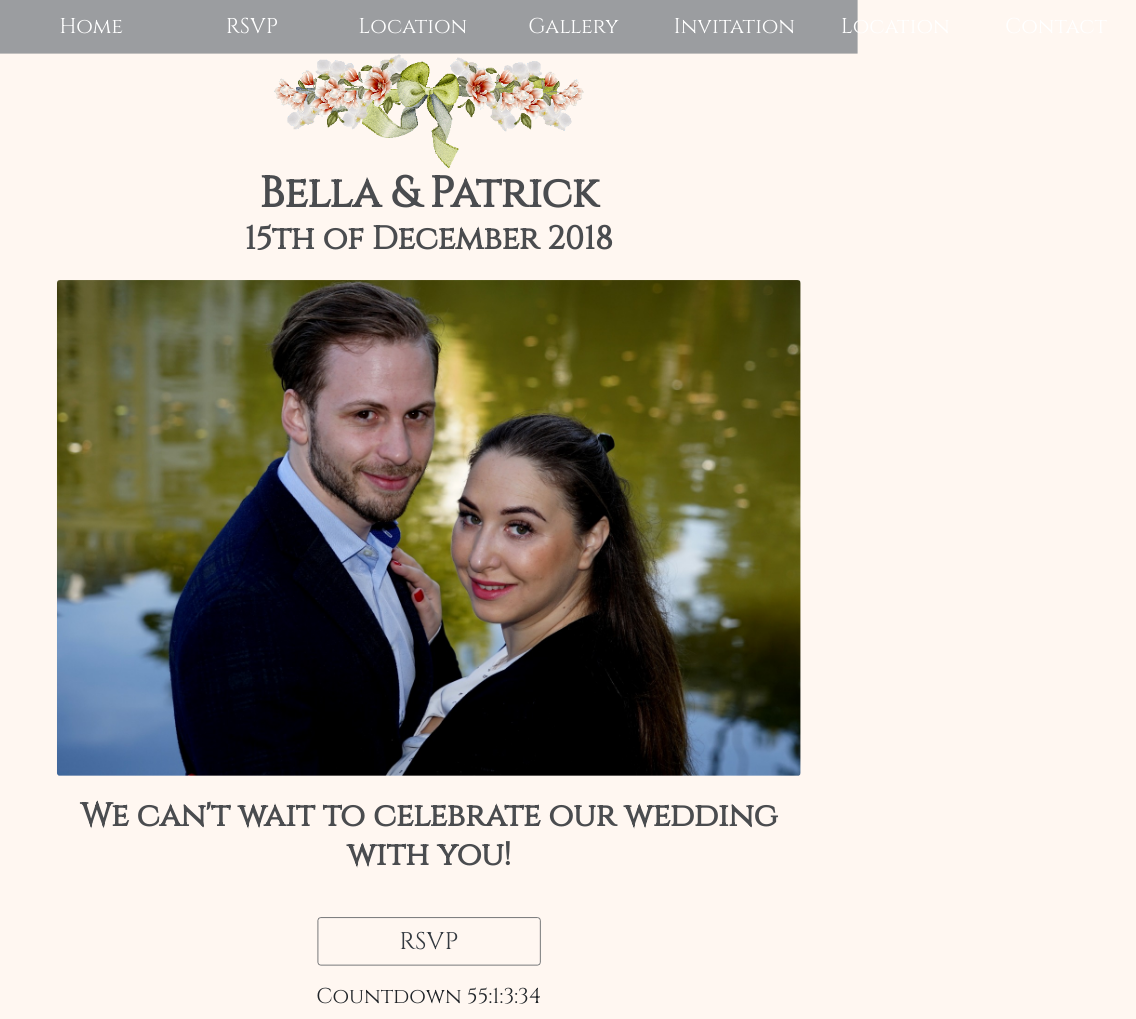
Repository: PMeiler/weddingApp
Page: http://localhost/
The author's editor kept a record of every edit. The page is drawn from the files as they stood at one moment, then again after the next edit.
The browser window is 1280 px wide. The page is 1696 px wide, so the pictures cover 1696 px, including what lies to the right of the window. The pictures show the whole page, at 67% of full size.
Some web fonts or font styles are not loaded; a fallback is used. The page is served by the project's Node server (index.js). Other server files are loaded and not shown.

Above is the page before.

### views/public/index.ejs
<% include partials/header %>


	<div class="container" style="margin:2rem auto;">
		<img style="border-radius: 5px;"src="pic4.jpeg" class="img-fluid" alt="Responsive image">
	</div>

	<div class="container">
		<h1 class="display-4" id="titleLine" style="font-size:3rem">We can't wait to celebrate our wedding with you!</h1>
	</div>

	<div class="jumbotron jumbotron-fluid">
		<div class="container">
			<form action="./form" method="GET" id="RSVPFRM" style="width:30%; margin:0 auto;">
				<div class="form-group">
					<button style="width:100%;margin:0 auto;" class="btn btn-outline-dark btn-lg" type="submit" id="RSVP">RSVP</button>
				</div>
			</form>
		</div>
	</div>

<% include partials/footer %>

### views/public/partials/header.ejs
<!DOCTYPE html>
<html>
<head>
	<title>From Grinberg to Meiler</title>
	<link rel="stylesheet" href="https://stackpath.bootstrapcdn.com/bootstrap/4.1.3/css/bootstrap.min.css" integrity="sha384-MCw98/SFnGE8fJT3GXwEOngsV7Zt27NXFoaoApmYm81iuXoPkFOJwJ8ERdknLPMO" crossorigin="anonymous">

	<!-- <link href="https://fonts.googleapis.com/css?family=Great+Vibes&amp;subset=latin-ext" rel="stylesheet">  -->
  	<link rel="stylesheet" href="CSS/style.css">
<link href="https://fonts.googleapis.com/css?family=Charmonman|Cinzel|Comfortaa|Dancing+Script|KoHo" rel="stylesheet">

</head>
<body>
<script src="Javascript/script.js"></script>



<nav class="navbar navbar-expand-lg navbar-dark bg-dark" id="navcolor">

  <button style="border-color:white;border-width:2px;height:4rem;font-size:2rem;" class="navbar-toggler" type="button" data-toggle="collapse" data-target="#navbarSupportedContent" aria-controls="navbarSupportedContent" aria-expanded="false" aria-label="Toggle navigation">
    <span style="color:white;" class="navbar-toggler-icon"></span>
  </button>
  	  <div class="collapse navbar-collapse" id="navbarSupportedContent">
	    <ul class="navbar-nav" style="margin:0 auto">
	      <li class="nav-item active">
	        <a class="nav-link" href="/">Home</a>
	      </li>
	      <li class="nav-item">
	        <a class="nav-link" href="./form">RSVP</a>
	      </li>
	       <li class="nav-item">
	        <a class="nav-link" href="./location">Location</a>
	      </li>
	      <li class="nav-item">
	        <a class="nav-link" href="./galery">Gallery</a>
	      </li>
	      <li class="nav-item">
	        <a class="nav-link" href="./invitation">Invitation</a>
	      </li>
	      <li class="nav-item">
	        <a class="nav-link" href="./location">Location</a>
	      </li>
	      <li class="nav-item">
	        <a class="nav-link" href="./hotelinfo">Contact</a>
	      </li>
	    </ul>
  </div>



</nav>

  	<div class="container">
			<img id="headofsite" src="blumen.png">
			<h1 class="display-4" id="titleLine" style="font-size:4rem;">Bella & Patrick</h1>
			<h1 class="display-4" id="titleLine" style="font-size:3rem;">15th of December 2018 </h1>
	</div>

### views/public/partials/footer.ejs
	<div class="cntdwn">
		<span class="countdown"></span>
	</div>
</div>


<script src="https://code.jquery.com/jquery-3.3.1.slim.min.js" integrity="sha384-q8i/X+965DzO0rT7abK41JStQIAqVgRVzpbzo5smXKp4YfRvH+8abtTE1Pi6jizo" crossorigin="anonymous"></script>
<script src="https://cdnjs.cloudflare.com/ajax/libs/popper.js/1.14.3/umd/popper.min.js" integrity="sha384-ZMP7rVo3mIykV+2+9J3UJ46jBk0WLaUAdn689aCwoqbBJiSnjAK/l8WvCWPIPm49" crossorigin="anonymous"></script>
<script src="https://stackpath.bootstrapcdn.com/bootstrap/4.1.3/js/bootstrap.min.js" integrity="sha384-ChfqqxuZUCnJSK3+MXmPNIyE6ZbWh2IMqE241rYiqJxyMiZ6OW/JmZQ5stwEULTy" crossorigin="anonymous"></script>
<script src="Javascript/scriptform.js"></script>
</body>
</html>

### index.js
var express = require("express");
var mongoose = require("mongoose");
var bodyParser = require("body-parser");
var Guest = require("./models/Guest.js")
var app = express();
var PORT = process.env.PORT || 3000;

const CONN_STRING3 = "mongodb://pmeiler:Axion912@ds237373.mlab.com:37373/weddingapp"
const CONN_STRING2 = "mongodb+srv://daedalus87:3LGrFX2olvYwoDLz!A1A2A3@cluster0-ms8bj.mongodb.net/test?retryWrites=true"
const CONN_STRING = "mongodb://daedalus87:3LGrFX2olvYwoDLz!A1A2A3@cluster0-shard-00-00-ms8bj.mongodb.net:27017,cluster0-shard-00-01-ms8bj.mongodb.net:27017,cluster0-shard-00-02-ms8bj.mongodb.net:27017/test?ssl=true&replicaSet=Cluster0-shard-0&authSource=admin&retryWrites=true"
app.set("view engine","ejs");
mongoose.connect(CONN_STRING3);
app.use(express.static(__dirname+"/public"));
app.use(bodyParser.urlencoded({extended: false}));

//GET-INDEX
app.get("/",function(req,res){
	res.render("./public/index")
});

//GET-ROUTE to find Form
app.get("/form",function(req,res){
	res.render("./public/form");
});

//POST-ROUTE for saving the rsvp Data
app.post("/form",function(req,res){

	var name = req.body.name;
	var numb = req.body.numb;
	var email = req.body.email;
	var tel = req.body.tel;
	var coming = req.body.coming;
	var guests = "";
	for(var i=0;i<=numb-2;i++){
		guests = guests + req.body["gname" + i] + "  // ";
	}
	Guest.create({
				name:name,
			    number: numb,
			    email: email,
			    tel:tel,
			    coming:coming,
			    guests:guests
				},function(err,guest){
					if(err){
						console.log(err);
						res.render("/form",{message:"Fehler"})
					}else{
						console.log(guest);
						res.redirect("/thanks");
					}
				});
	console.log(req.body);
	console.log(name+ " " + numb + " " + email +" " + tel + " " + coming);

});

//Contact
app.get("/hotelinfo",function(req,res){
	res.render("./public/contact");
});

//admin
app.get("/pasjimasjiadmin",function(req,res){
	Guest.find({coming:"coming"}, function(err,guest){
		if(err){
			res.status(404).send(err);
		}else{
			res.render("./public/admin",{guest:guest});
		}
	});

});

//galery
app.get("/galery",function(req,res){
	res.render("./public/galery");
});

//galery
app.get("/thanks",function(req,res){
	res.render("./public/thanks");
});


//invitation
app.get("/invitation",function(req,res){
	res.render("./public/invitation");
});


//location
app.get("/location",function(req,res){
	res.render("./public/location");
});

//

app.listen(PORT, function(){
	console.log("Server is listening on " + PORT);
	console.log(__dirname);
});

### public/CSS/style.css
body{
	background:rgba(255,245,238,0.8);
    font-size: 12px;
   	font-family: 'Cinzel', serif;

}

#navcolor{
	background-color:rgba(155, 157, 160,1) !important;
}

#titleLine{
	text-align: center;
	color:rgba(74, 76, 79,1);
	font-size: 6rem;
	margin-top: 0rem;
	margin-bottom: 0rem;
}

#header{
	color:rgba(74, 76, 79,1);
	text-align: center;
	font-size: 3rem;
	font-weight: bold;
	margin-top: 0.01em;
}

.row.display-flex {
  display: flex;
  flex-wrap: wrap;
}
.thumbnail {
  height: 100%;
}

#RSVPFRM{
	justify-content:center;
	margin:0 auto;
}

#navcenter{
	margin-left: 37%;
	margin-top: 0.4%;
}


#RSVP{
	justify-content: center;
	margin: auto;
	/*height: auto;
	width: 200px;*/
	font-size: 300%;
}

.testy{
	height:50px;
	width:50px;
}

#navbarID{
	background: rgba(50,50,50,0.8) !important;
}

.navmenu {
	 margin: 0 auto;
}
#slight{
	margin-top: 4rem;
}
.nav-link{
	color: rgba(255, 255, 255,1) !important;
	font-size: 2rem;
	display: flex;
	justify-content: center;
}

.img-thumbnail{
	padding: 0rem;
	margin-top: 1rem;
	border: 0px solid #dee2e6;
	border-radius: 0rem;
	max-width: 100%;
	height: auto;
	margin: 0 auto;
	object-fit: cover;
}

.col-sm{
	padding-left: 0px;
	padding-right: 0px;
}

.jumbotron.jumbotron-fluid{
	background: transparent;
	color: black;
	/*margin:0 auto;*/
	margin-bottom: -5rem;

}

.display-4{
	color:purple;
}



.cntdwn{
	margin-top: 1.75%;
	margin-bottom: auto;
	align-items: center;
	display: flex;
	justify-content: center;
	font-size: 2rem;
	text-align: center;
}

#textali{
	text-align: center;
	font-size: 2rem;
	margin-top: 1em;
	font-family: 'KoHo', sans-serif;
}


.nav-link:hover{
	color: black !important;
}

#headofsite{
	margin-left: auto;
	margin-right: auto;
	display: block;
}
.former{
	margin-top: 200px;
}
.form-control{
	font-size:1.5rem;
}
#cont{
	position: center;
	margin-top: 3%;
	height: 37em;
	color: white;
	border: 0.1px solid grey;
	border-radius: 5rem;
}

#radiobtn{
	font-size: 1.5rem;
}

#cont2{
	position: center;
	margin-top: 3%;
	height: 38rem;
	color: white;
	border: 0.1px solid grey;
	border-radius: 5rem;
}

.jumbotron{
	background-color: rgba(0,0,0,0.4);
}

.display-4{
	color:white;
	font-weight: bold;
	text-align: center;
}

.lead{
	font-size: 150%;
	text-align: center;
}

.nav.nav-center {
    margin:0;
    float:none;
}

.navbar-inner{
    text-align:center;
}


.nav.navbar-nav {
	display: flex;
	justify-content: center;
	flex-wrap: wrap;

}
@media (min-width: 768px) {
	.navbar-nav {
		float: none;
	}
}
li{
	margin: 0 auto;
	width:20em;
}

### public/Javascript/script.js
//alert("test")
//var endDat = new Date("December 15,2018,18:00:00");

window.setInterval(function(){
 var timeObj = getTimes(new Date("December 15,2018,18:00:00"),new Date());
 $(".countdown").text("Countdown " + timeObj.days + ":" + timeObj.hours + ":" + timeObj.minutes + ":" + timeObj.seconds);
 //console.log(timeObj.hours + ":" + timeObj.minutes + ":" + timeObj.seconds );
}, 1000);



function getTimes(endDate, startDate){
	var delta = Math.abs(endDate - startDate) / 1000;
	// calculate (and subtract) whole days
	var days = Math.floor(delta / 86400);
	delta -= days * 86400;
	// calculate (and subtract) whole hours
	var hours = Math.floor(delta / 3600) % 24;
	delta -= hours * 3600;
	// calculate (and subtract) whole minutes
	var minutes = Math.floor(delta / 60) % 60;
	delta -= minutes * 60;
	// what's left is seconds
	var seconds = Math.floor(delta % 60);  // in theory the modulus is not required

	var timeObj = {
					days:
						days,
					hours:
						hours,
					minutes:
					   	minutes,
					seconds:
					   	seconds
				   	};
	return timeObj;
}

### public/Javascript/scriptform.js
//alert("test")
//var endDat = new Date("December 15,2018,18:00:00");


$("#numb").change(function(){
	$(".addedItem").remove();
	var numbVal = $("#numb").val();
	if(numbVal>1){
		numbVal-=1;
		var content = "";
		console.log("Loop begins:")
		for(var i=0;i<=numbVal-1;i++){
			content = "<div class='form-group'> ";
			content = content + "<input class='form-control addedItem' type='text' name='gname" + i + "' placeholder='First Name and Last Name' required>";
			content=content + " </div>";
			$("#numbGroup").before(content);
		}
	}

});

After the next edit:
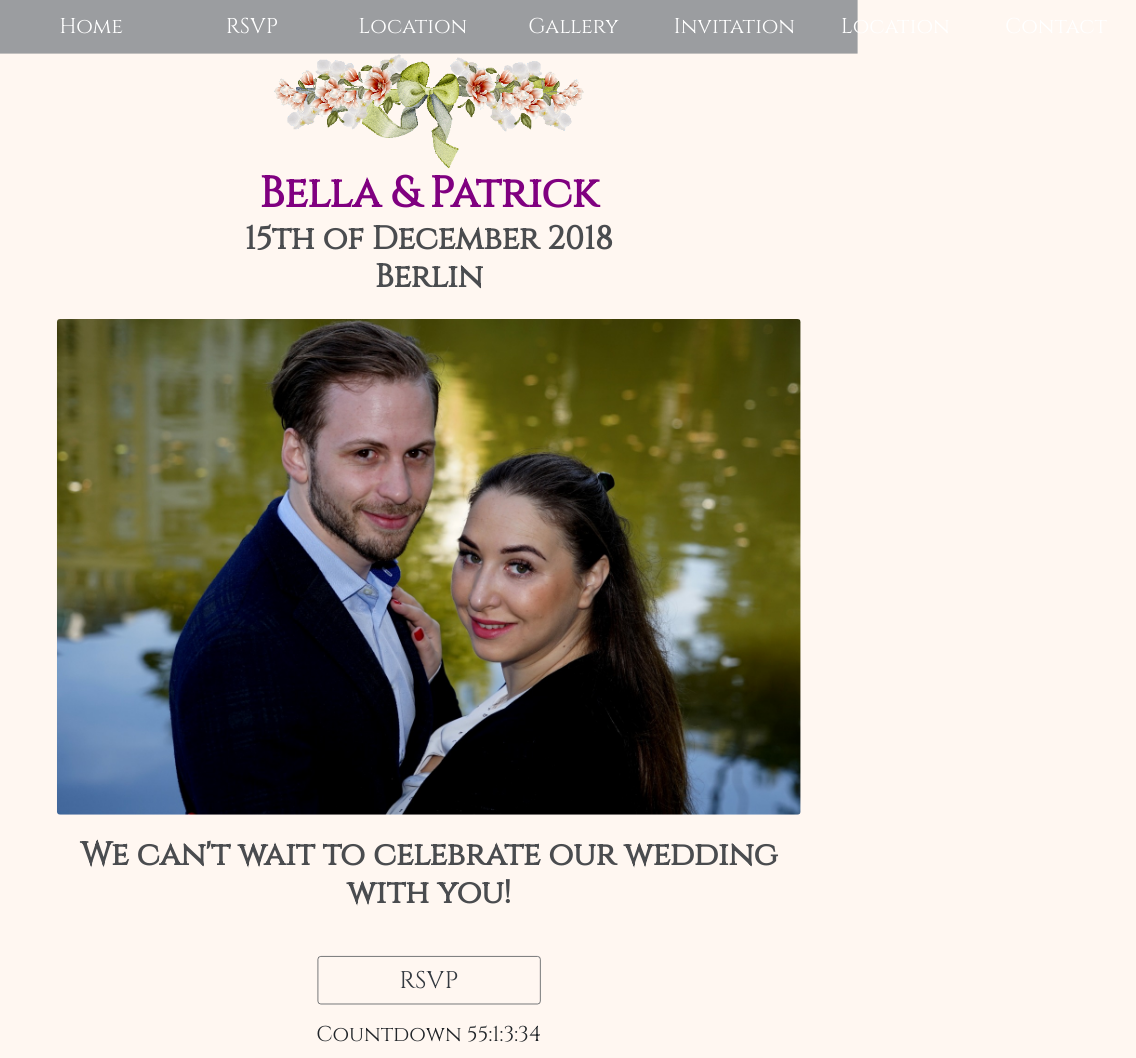
The edit:
--- a/views/public/partials/header.ejs
+++ b/views/public/partials/header.ejs
@@ -51,6 +51,7 @@
 
   	<div class="container">
 			<img id="headofsite" src="blumen.png">
-			<h1 class="display-4" id="titleLine" style="font-size:4rem;">Bella & Patrick</h1>
+			<h1 class="display-4" id="titleLine" style="font-size:4rem;color:purple">Bella & Patrick</h1>
 			<h1 class="display-4" id="titleLine" style="font-size:3rem;">15th of December 2018 </h1>
+			<h1 class="display-4" id="titleLine" style="font-size:3rem;">Berlin</h1>
 	</div>
